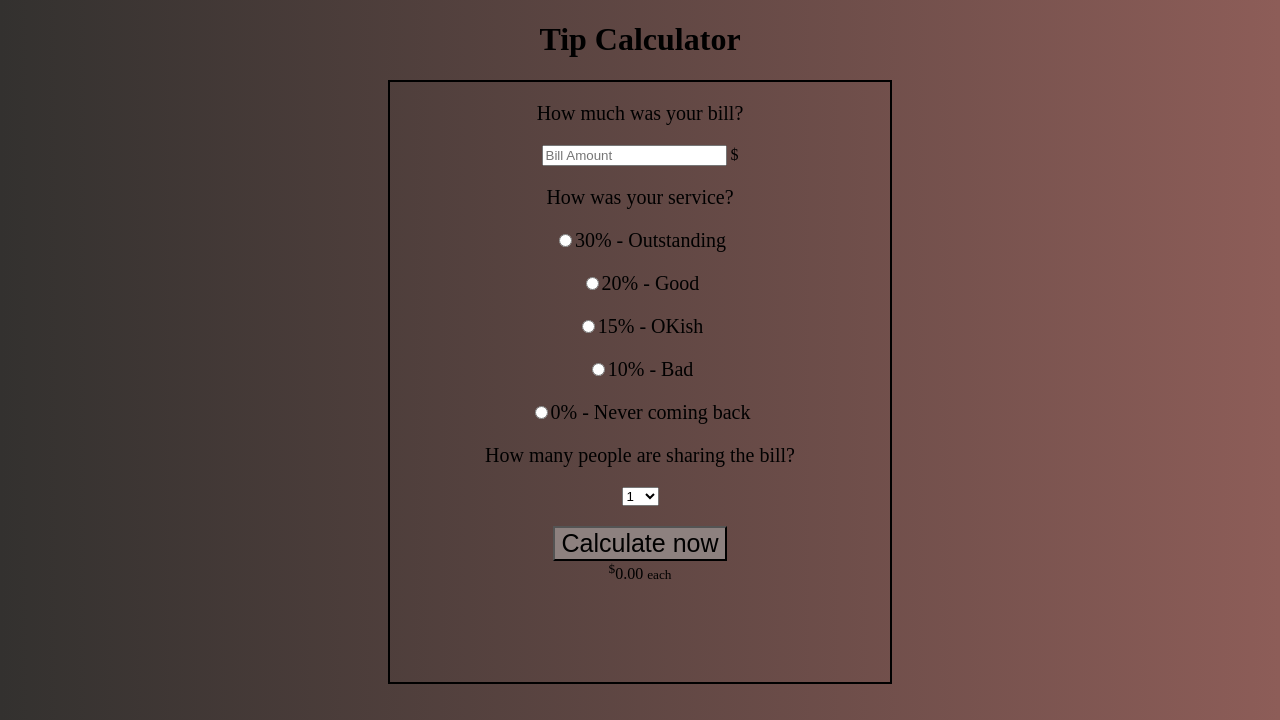
Repository: NiutaR/tip-calculator
Page: index.html
The author's editor kept a copy of each file at every save. The page is drawn from the files as they stood at one save, then again after a run of saves.
The browser window is 1280 px wide. The pictures show the whole page.

Above is the page before, as saved 2021-07-28 17:46:03.

After the next 3 saves:
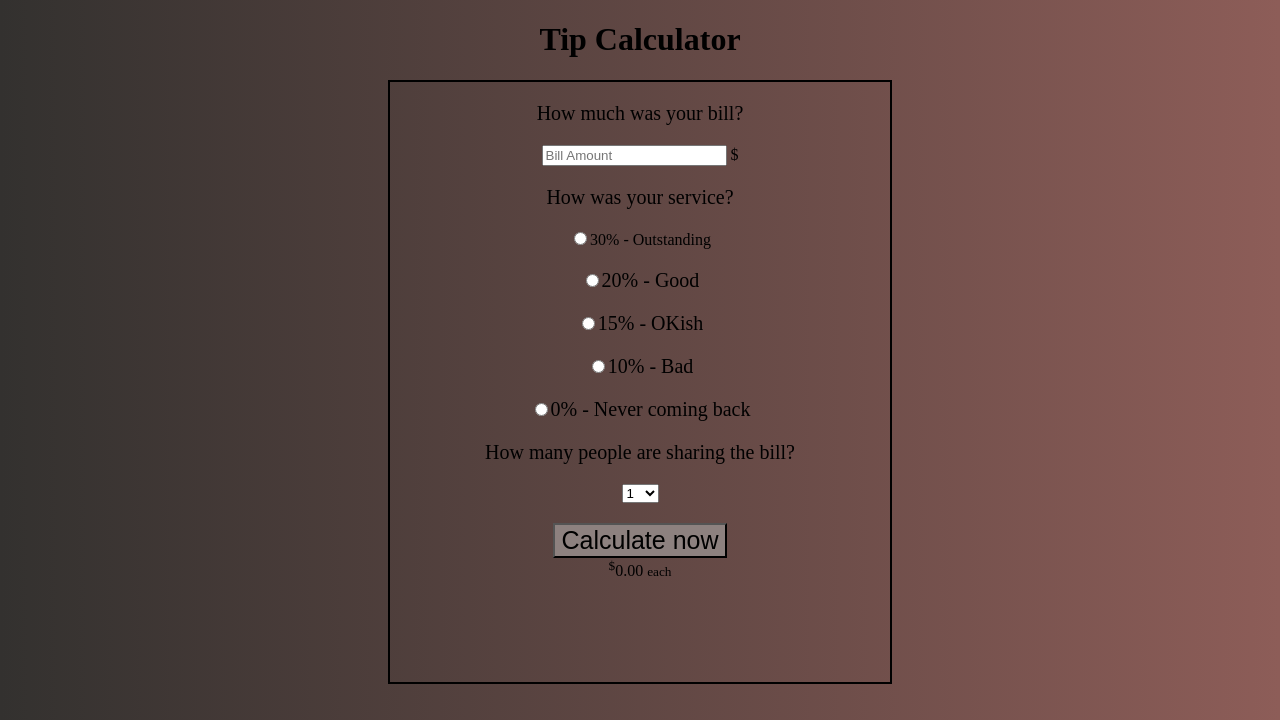
The 3 saves are shown as one change because they came seconds apart.
The last was saved 2 min 9 s later.
--- a/index.html
+++ b/index.html
@@ -48,7 +48,7 @@
                 <p>How much was your bill?</p>
                 <input id="amount" type="text" placeholder="Bill Amount" value=""> $
                 <p>How was your service?</p>
-                <p><input name="service" type="radio" value="0.3">30&#37 - Outstanding</p>
+                <label><input name="service" type="radio" value="0.3">30&#37 - Outstanding</д>
                 <p><input name="service" type="radio" value="0.2">20&#37 - Good</p>
                 <p><input name="service" type="radio" value="0.15">15&#37 - OKish</p>
                 <p><input name="service" type="radio" value="0.1">10&#37 - Bad</p>
